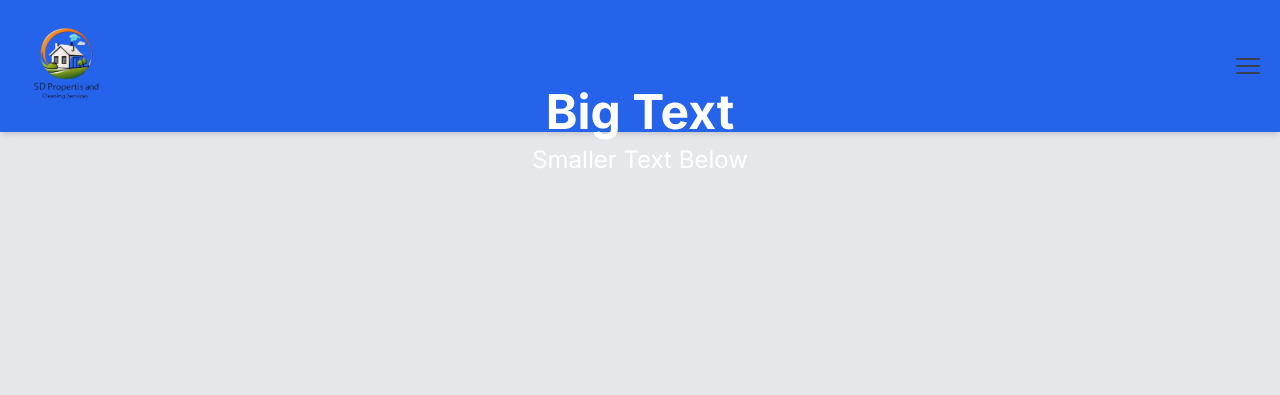
Repository: devmskhan/sdpropandclean
Page: /
An editor plug-in stored every save of this project. The page is shown before and after a run of saves, followed by the edit.
The browser window is 1280 px wide. The pictures show the whole page.
The project was rebuilt for these pictures with package versions that can differ from the ones it lists, and the page was loaded fresh each time. The framework's server and built-in components were replaced by stand-ins that run in the browser. Also part of the build but not shown: next.config.mjs.

Above is the page before, as saved 2024-09-02 14:47:53.

After the next 5 saves:
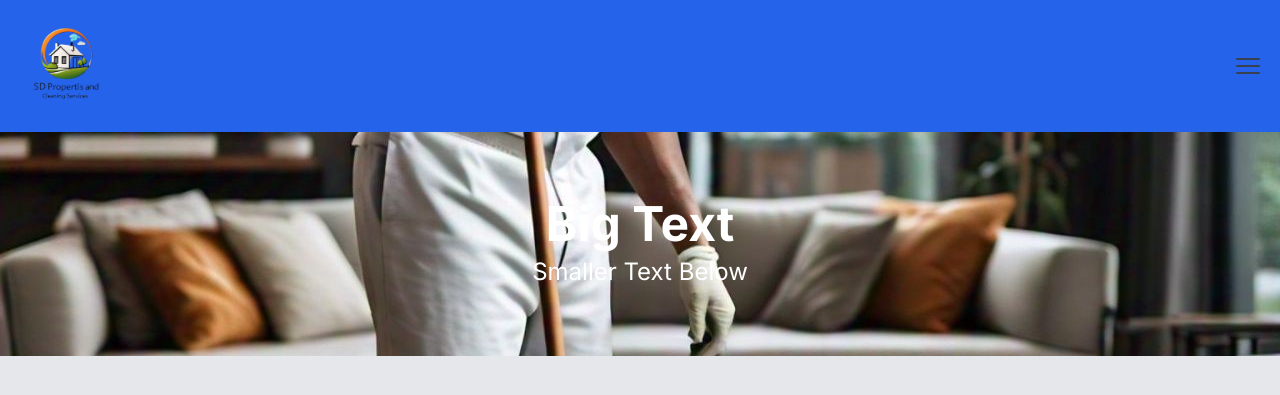
The 5 saves are shown as one change because they came seconds apart.
The last was saved 21 s later.
--- a/components/Body.tsx
+++ b/components/Body.tsx
@@ -3,7 +3,7 @@
 
 function Body() {
     return (
-        <div className="relative w-full h-76 bg-cover bg-center text-white"
+        <div className="relative w-full h-56 bg-cover bg-center text-white"
          style={{ backgroundImage: 'url("/pic1.jpg")' }}>
       <div className="absolute inset-0 flex flex-col justify-center items-center text-center">
         {/* Larger Text */}
